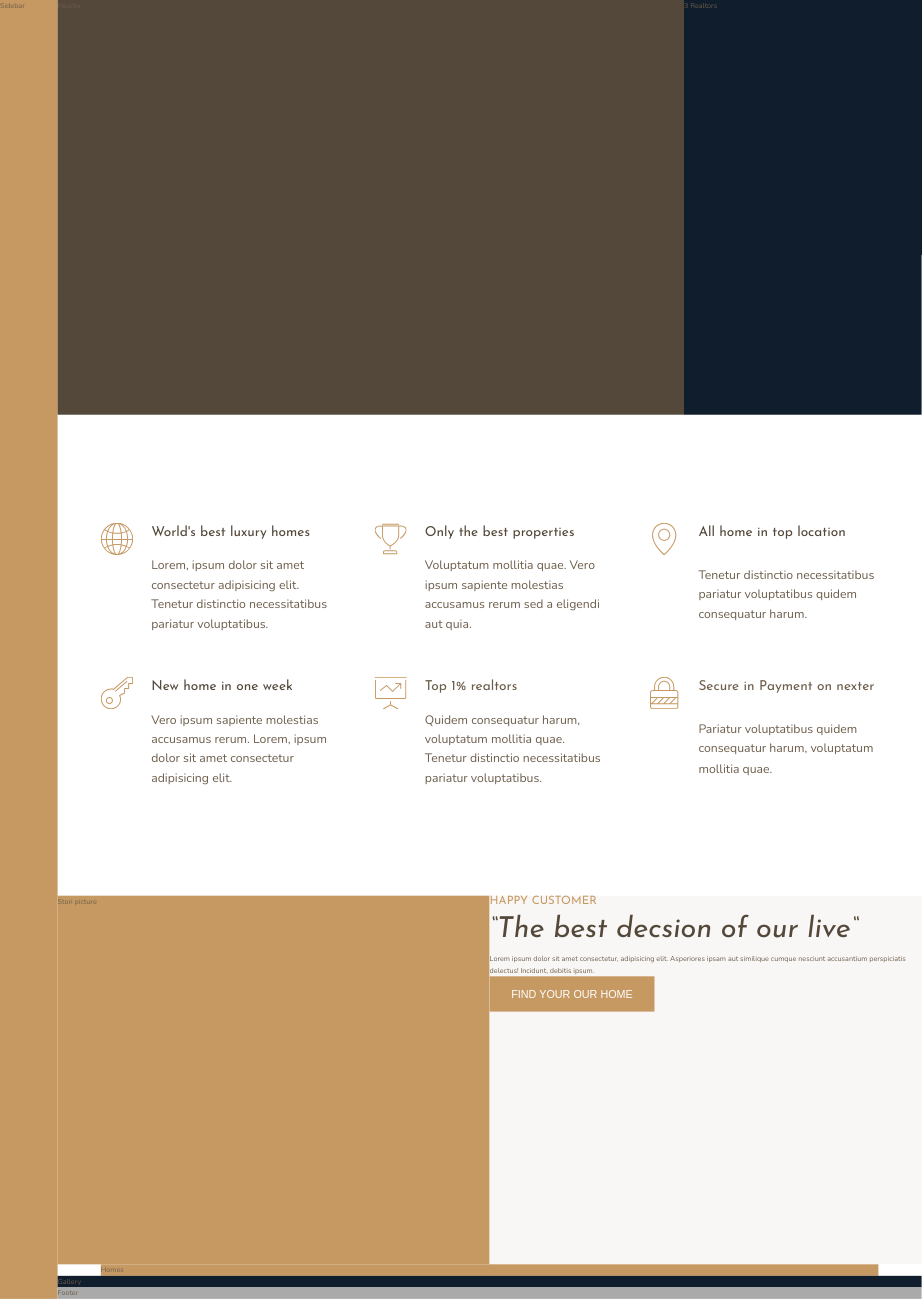
Repository: m2pd/your-home
Page: index.html
The author's editor kept a copy of each file at every save. The page is drawn from the files as they stood at one save, then again after the next save.
The browser window is 1280 px wide. The pictures show the whole page, at 72% of full size.
The style sheet was rebuilt from its Sass, Less or Tailwind sources for each picture, by a compiler version that may differ from the author's.

Above is the page before, as saved 2020-03-05 10:33:17.

### index.html
<!DOCTYPE html>
<html lang="en">
    <head>
        <meta charset="UTF-8">
        <meta name="viewport" content="width=device-width, initial-scale=1.0">
        <meta http-equiv="X-UA-Compatible" content="ie=edge">

        <link href="https://fonts.googleapis.com/css?family=Josefin+Sans:300,400,400i|Nunito:300,300i" rel="stylesheet">
        <link rel="stylesheet" href="css/style.css">
        <link rel="shortcut icon" type="image/png" href="img/favicon.png">

        <title>nexter &mdash; your home, your freedom</title>
    </head>
    <body class="container">

        <div class="sidebar">
            Sidebar
        </div>

        <header class="header">
            Header
        </header>

        <div class="realtors">
            3 Realtors
        </div>

        <div class="features">
            <div class="feature feature-1">
                <svg class="feature__icon">
                    <use xlink:href="img/sprite.svg#icon-global"></use>
                </svg>
                <h4 class="heading-4 heading-4--dark">World's best luxury homes</h4>
                <p class="feature__text">
                    Lorem, ipsum dolor sit amet consectetur adipisicing elit. Tenetur distinctio necessitatibus pariatur voluptatibus.
                </p>
            </div>

            <div class="feature feature-2">
                <svg class="feature__icon">
                    <use xlink:href="img/sprite.svg#icon-trophy"></use>
                </svg>
                <h4 class="heading-4 heading-4--dark">Only the best properties</h4>
                <p class="feature__text">
                    Voluptatum mollitia quae. Vero ipsum sapiente molestias accusamus rerum sed a eligendi aut quia.
                </p>
            </div>

            <div class="feature feature-3">
                <svg class="feature__icon">
                    <use xlink:href="img/sprite.svg#icon-map-pin"></use>
                </svg>
                <h4 class="heading-4 heading-4--dark">All home in top location</h4>
                <p class="feature__text">
                    Tenetur distinctio necessitatibus pariatur voluptatibus quidem consequatur harum.
                </p>
            </div>

            <div class="feature feature-4">
                <svg class="feature__icon">
                    <use xlink:href="img/sprite.svg#icon-key"></use>
                </svg>
                <h4 class="heading-4 heading-4--dark">New home in one week</h4>
                <p class="feature__text">
                    Vero ipsum sapiente molestias accusamus rerum. Lorem, ipsum dolor sit amet consectetur adipisicing elit.
                </p>
            </div>

            <div class="feature feature-5">
                <svg class="feature__icon">
                    <use xlink:href="img/sprite.svg#icon-presentation"></use>
                </svg>
                <h4 class="heading-4">Top 1% realtors</h4>
                <p class="feature__text">
                    Quidem consequatur harum, voluptatum mollitia quae. Tenetur distinctio necessitatibus pariatur voluptatibus.
                </p>
            </div>

            <div class="feature feature-6">
                <svg class="feature__icon">
                    <use xlink:href="img/sprite.svg#icon-lock"></use>
                </svg>
                <h4 class="heading-4">Secure in Payment on nexter</h4>
                <p class="feature__text">
                    Pariatur voluptatibus quidem consequatur harum, voluptatum mollitia quae.
                </p>
            </div>
        </div>

        <div class="story__pictures">
            Stori picture
        </div>

        <div class="story__content">
            <h3 class="heading-3">Happy Customer</h3>
            <h2 class="heading-2 heading-2--dark">&ldquo;The best decsion of our live&ldquo;</h2>
            <div class="story__text">
                Lorem ipsum dolor sit amet consectetur, adipisicing elit. Asperiores ipsam aut similique cumque nesciunt accusantium perspiciatis delectus! Incidunt, debitis ipsum.
            </div>
            <button class="btn">Find your our home</button>
        </div>

        <section class="homes">
            Homes
        </section>

        <section class="gallery">
            Gallery
        </section>

        <footer class="footer">
            Footer
        </footer>

    </body>
</html>

### sass/_base.scss
// COLOR VARIABLES
$color-primary: #c69963;
$color-primary-dark: #B28451;

$color-secondary: #101d2c;

$color-grey-light-1: #f9f7f6;
$color-grey-light-2: #aaa;

$color-grey-dark-1: #54483A;
$color-grey-dark-2: #6D5D4B;

// FONT VARIABLES
$font-primary: 'Nunito', sans-serif;
$font-display: 'Josefin Sans', sans-serif;


*,
*::before,
*::after{
    margin:0;
    padding:0;
    box-sizing: inherit;
}

html{
    font-size:62.5%;
    box-sizing: border-box;
}

body{
    font-family: $font-primary;
    color: $color-grey-dark-2;
    font-weight: 300;
    line-height: 1.6;
}

.container{
    display: grid;
    grid-template-rows: 80vh min-content 40vw repeat(3, min-content);
    grid-template-columns:[sidebar-start] 8rem [sidebar-end full-start] minmax(6rem, 1fr) [center-start] repeat(8, [col-start] minmax(min-content, 14rem) [col-end]) [center-end] minmax(6rem, 1fr) [full-end];

}

### sass/_typography.scss
%heading {
  font-family: $font-display;
  font-weight: 400;
}

.heading-1 {
  @extend %heading;
}

.heading-2 {
  @extend %heading;
  font-size: 4rem;
  font-style: italic;

  &--light{ color: $color-grey-light-1;}
  &--dark{ color: $color-grey-dark-1;}
}

.heading-3 {
  @extend %heading;

  font-size: 1.6rem;
  color: $color-primary;
  text-transform: uppercase;
  line-height: 1;

}

.heading-4 {
  @extend %heading;
  font-size: 1.9rem;

  &--light{ color: $color-grey-light-1;}
  &--dark{ color: $color-grey-dark-1;}

}

.btn{
    background-color: $color-primary;
    color: #fff;
    font-size: 1.5rem;
    border: none;
    border-radius: none;
    padding: 1.6rem  3rem;
    text-transform: uppercase;
    cursor: pointer;
    transition: all .2s;

    &:hover{
      background-color: $color-primary-dark;
    }
}

### sass/_features.scss
.features{
    grid-column: center-start /  center-end;

    margin: 15rem 0;
    display: grid;
    // grid-template-columns: repeat(3, 1fr);
    grid-template-columns: repeat(auto-fit, minmax(25rem, 1fr));
    grid-gap: 6rem;
}

.feature{
    display: grid;
    grid-template-columns: min-content 1fr;
    grid-column-gap: 2.5rem;
    grid-row-gap: 1.5rem;

    align-items: start;

    &__icon{
        fill: $color-primary;
        width:4.5rem;
        height:4.5rem;

        grid-row: 1 / span 2;
    }

    &__text{
        font-size: 1.7rem;
    }
}

### sass/_story.scss
.story{
    &__pictures{
        background-color: $color-primary;
        grid-column: full-start / col-end 4;
    }

    &__content{
        background-color: $color-grey-light-1;
        grid-column: col-start 5 / full-end;
    }
}

### sass/_homes.scss
.homes{
    background-color: $color-primary;
    grid-column: center-start / center-end;
}

### sass/_gallery.scss
.gallery{
    background-color: $color-secondary;
    grid-column: full-start / full-end;
}

### sass/_footer.scss
.footer{
    background-color: $color-grey-light-2;
    grid-column: full-start / full-end;
}

Loaded but not shown: sass/main.scss (common file); sass/_sidebar.scss (common file); sass/_header.scss (common file); sass/_realtors.scss (common file)

After the next save:
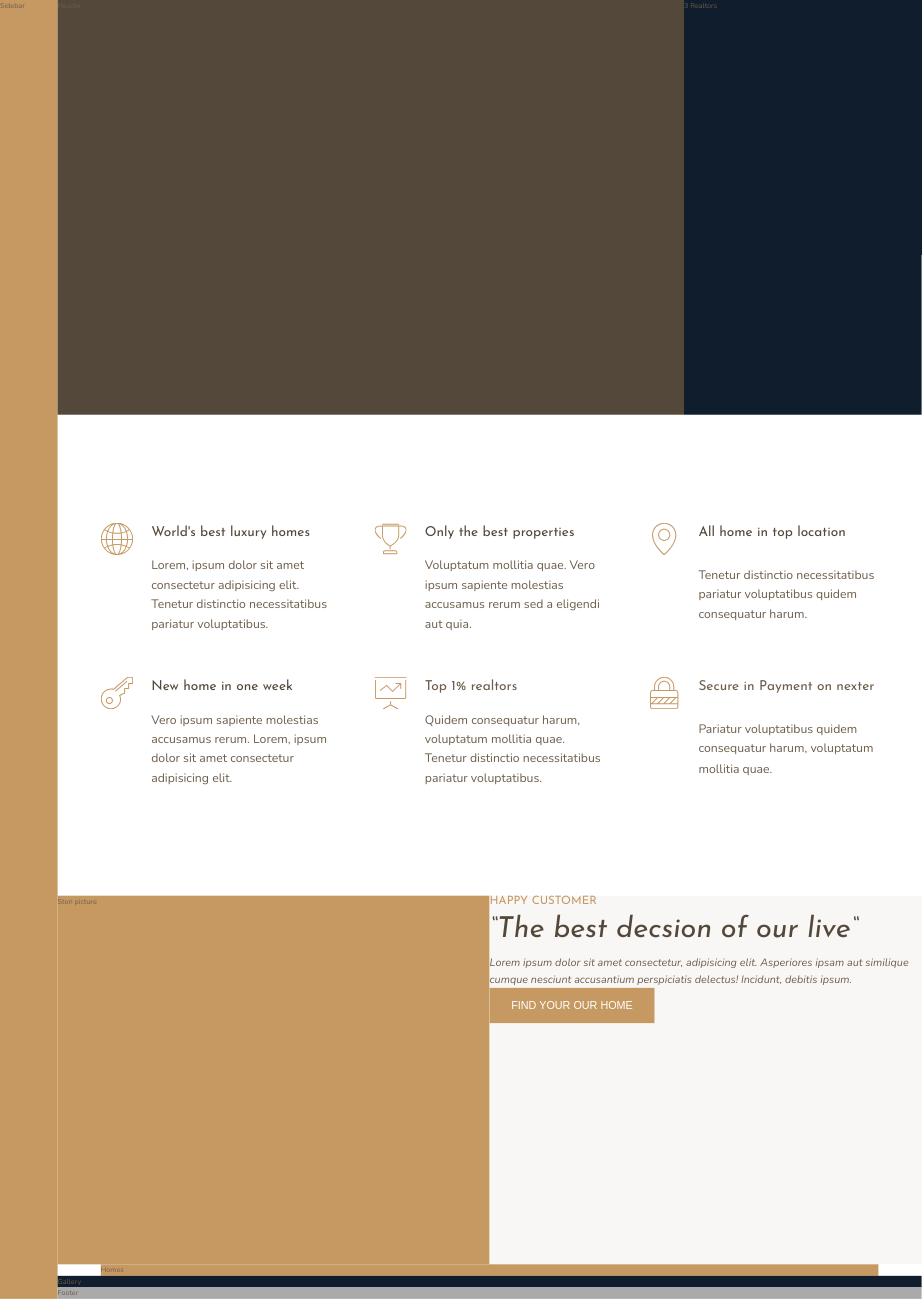
Saved 40 s later.
--- a/sass/_story.scss
+++ b/sass/_story.scss
@@ -8,4 +8,9 @@
         background-color: $color-grey-light-1;
         grid-column: col-start 5 / full-end;
     }
+
+    &__text{
+        font-size: 1.5rem;
+        font-style: italic;
+    }
 }
